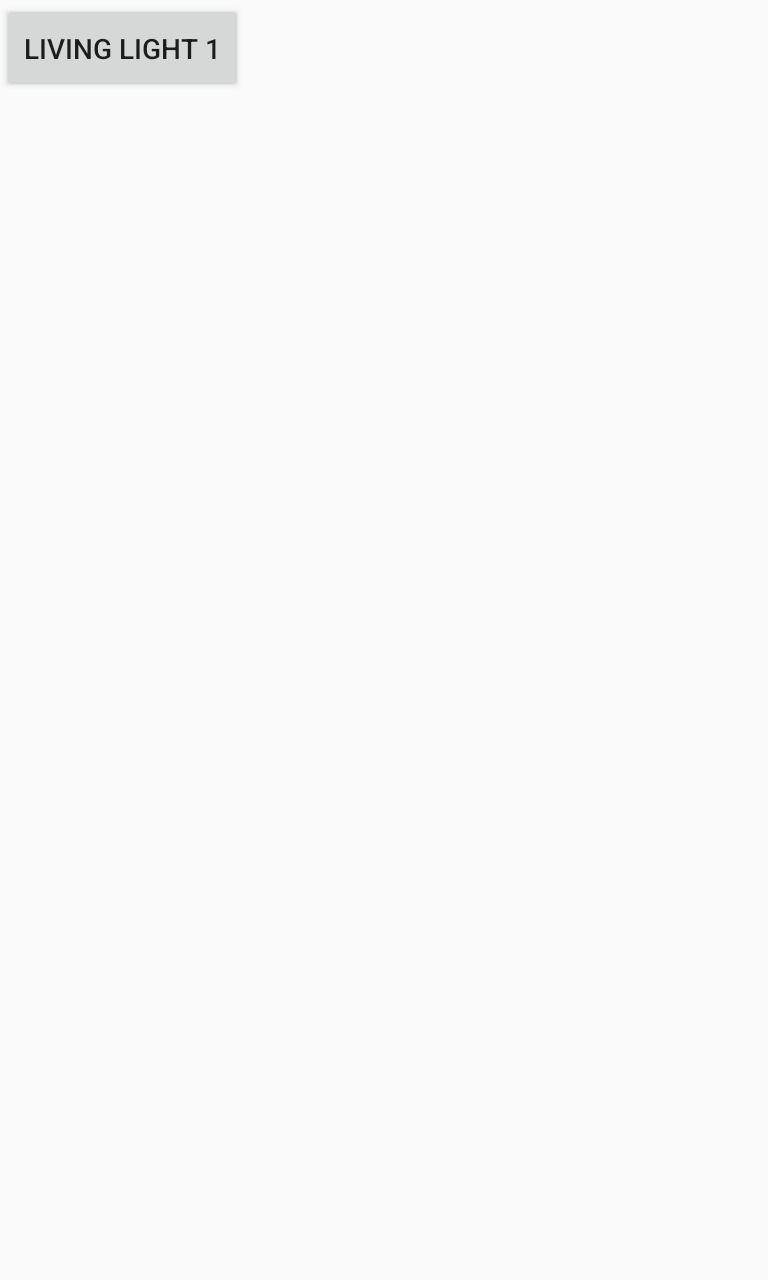
Repository: LogInc/oscar_app
Layout: Android/Oscar/res/layout/activity_rooms.xml
An editor plug-in stored every save of this project. The layout is shown before and after the next save, followed by the edit.
It is drawn on a 768 x 1280 px phone screen (xhdpi) without system bars, with theme AppTheme; the app's code is not run.

Above is the layout before, as saved 2015-03-05 11:54:49.

### Android/Oscar/res/layout/activity_rooms.xml
<?xml version="1.0" encoding="utf-8"?>
<RelativeLayout xmlns:android="http://schemas.android.com/apk/res/android"
    android:layout_width="match_parent"
    android:layout_height="match_parent" >

    <Button
        android:id="Living1"
        android:layout_height="wrap_content"
        android:layout_width="wrap_content"
        android:text="Living Light 1"

        />


</RelativeLayout>

Loaded but not shown: Android/Oscar/res/values/styles.xml (common file); Android/Oscar/res/values-v11/styles.xml (common file); Android/Oscar/res/values-v14/styles.xml (common file)

After the next save:
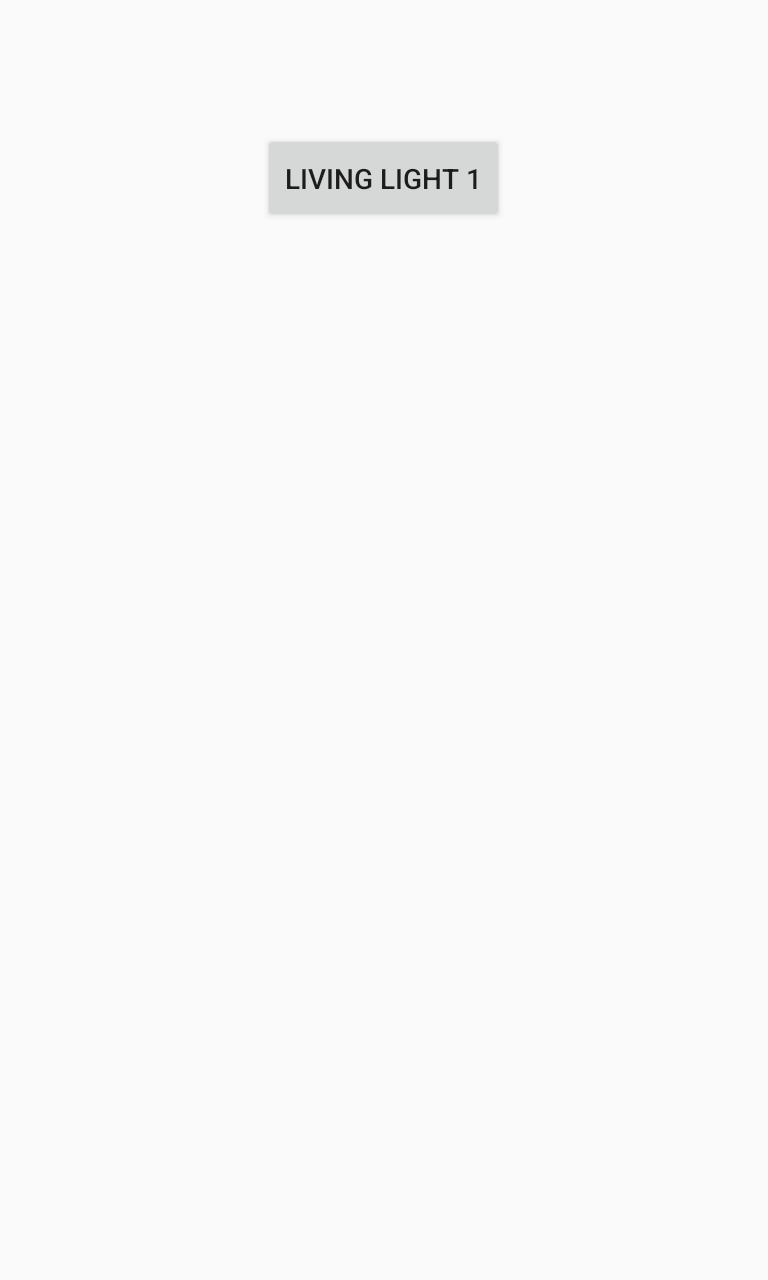
Saved 15 s later.
--- a/Android/Oscar/res/layout/activity_rooms.xml
+++ b/Android/Oscar/res/layout/activity_rooms.xml
@@ -5,11 +5,11 @@
 
     <Button
         android:id="Living1"
+        android:layout_width="wrap_content"
         android:layout_height="wrap_content"
-        android:layout_width="wrap_content"
-        android:text="Living Light 1"
-
-        />
-
+        android:layout_alignParentTop="true"
+        android:layout_centerHorizontal="true"
+        android:layout_marginTop="65dp"
+        android:text="Living Light 1" />
 
 </RelativeLayout>
